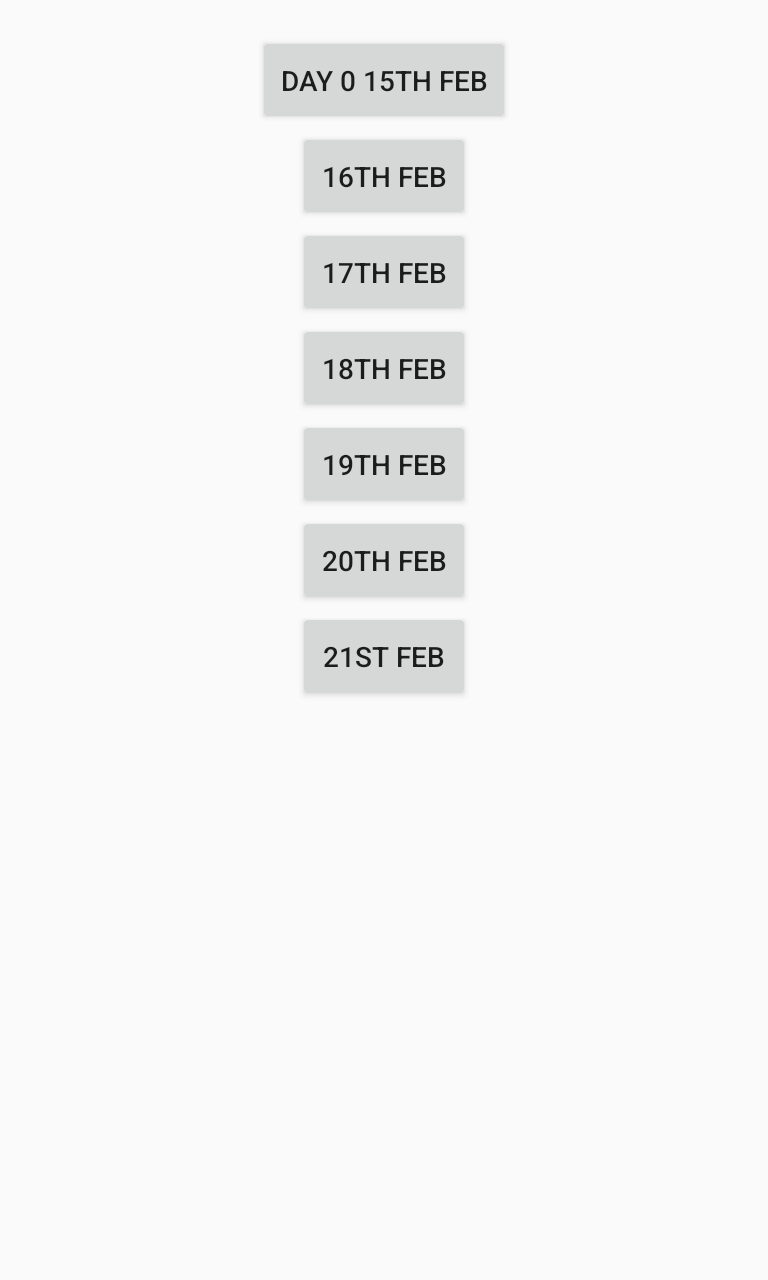
Repository: Attaphon1996/Engineering-Stuff
Layout: OSource/Android Play/Android_Projects/YASH15.0/res/layout/activity_main.xml
The author's editor kept a copy of each file at every save. The layout is drawn from the files as they stood at one save, then again after the next save.
It is drawn on a 768 x 1280 px phone screen (xhdpi) without system bars, with theme AppTheme; the app's code is not run.

Above is the layout before, as saved 2015-02-08 04:47:25.

### OSource/Android Play/Android_Projects/YASH15.0/res/layout/activity_main.xml
<LinearLayout xmlns:android="http://schemas.android.com/apk/res/android"
    xmlns:tools="http://schemas.android.com/tools"
    android:layout_width="match_parent"
    android:layout_height="match_parent"
    android:paddingBottom="@dimen/activity_vertical_margin"
    android:paddingLeft="@dimen/activity_horizontal_margin"
    android:paddingRight="@dimen/activity_horizontal_margin"
    android:paddingTop="@dimen/activity_vertical_margin"
    tools:context="com.mundheyrohan.yash15.MainActivity"
    android:orientation="vertical"
    >

    <Button
        android:id="@+id/day0"
        android:layout_width="wrap_content"
        android:layout_height="wrap_content"
        android:text="@string/day0"

        android:layout_gravity="center" />
    <Button
        android:id="@+id/day1"
        android:layout_width="wrap_content"
        android:layout_height="wrap_content"
        android:text="@string/day1"
        android:layout_gravity="center" />
    <Button
        android:id="@+id/day2"
        android:layout_width="wrap_content"
        android:layout_height="wrap_content"
        android:text="@string/day2"
        android:layout_gravity="center" />
    <Button
        android:id="@+id/day3"
        android:layout_width="wrap_content"
        android:layout_height="wrap_content"
        android:text="@string/day3"
        android:layout_gravity="center" />
    <Button
        android:id="@+id/day4"
        android:layout_width="wrap_content"
        android:layout_height="wrap_content"
        android:text="@string/day4"
        android:layout_gravity="center" />
    <Button
        android:id="@+id/day5"
        android:layout_width="wrap_content"
        android:layout_height="wrap_content"
        android:text="@string/day5"
        android:layout_gravity="center" />
    <Button
        android:id="@+id/day6"
        android:layout_width="wrap_content"
        android:layout_height="wrap_content"
        android:text="@string/day6"
        android:layout_gravity="center" />

</LinearLayout>

### OSource/Android Play/Android_Projects/YASH15.0/res/values/strings.xml
<?xml version="1.0" encoding="utf-8"?>
<resources>

    <string name="app_name">YASH 15.0</string>
    <string name="hello_world">Hello world!</string>
    <string name="action_settings">Settings</string>
    <string name="day0">Day 0 <BR>15th Feb</BR></string>
    <string name="day1">16th Feb</string>
    <string name="day2">17th Feb</string>
    <string name="day3">18th Feb</string>
    <string name="day4">19th Feb</string>
    <string name="day5">20th Feb</string>
    <string name="day6">21st Feb</string>
    <string name="technical">Technical</string>
    <string name="cultural">Cultural</string>
    <string name="sports">Sports</string>


</resources>

Loaded but not shown: OSource/Android Play/Android_Projects/YASH15.0/res/values/styles.xml (common file); OSource/Android Play/Android_Projects/YASH15.0/res/values-v11/styles.xml (common file); OSource/Android Play/Android_Projects/YASH15.0/res/values-v14/styles.xml (common file); OSource/Android Play/Android_Projects/YASH15.0/res/values/dimens.xml (common file); OSource/Android Play/Android_Projects/YASH15.0/res/values-w820dp/dimens.xml (common file)

After the next save:
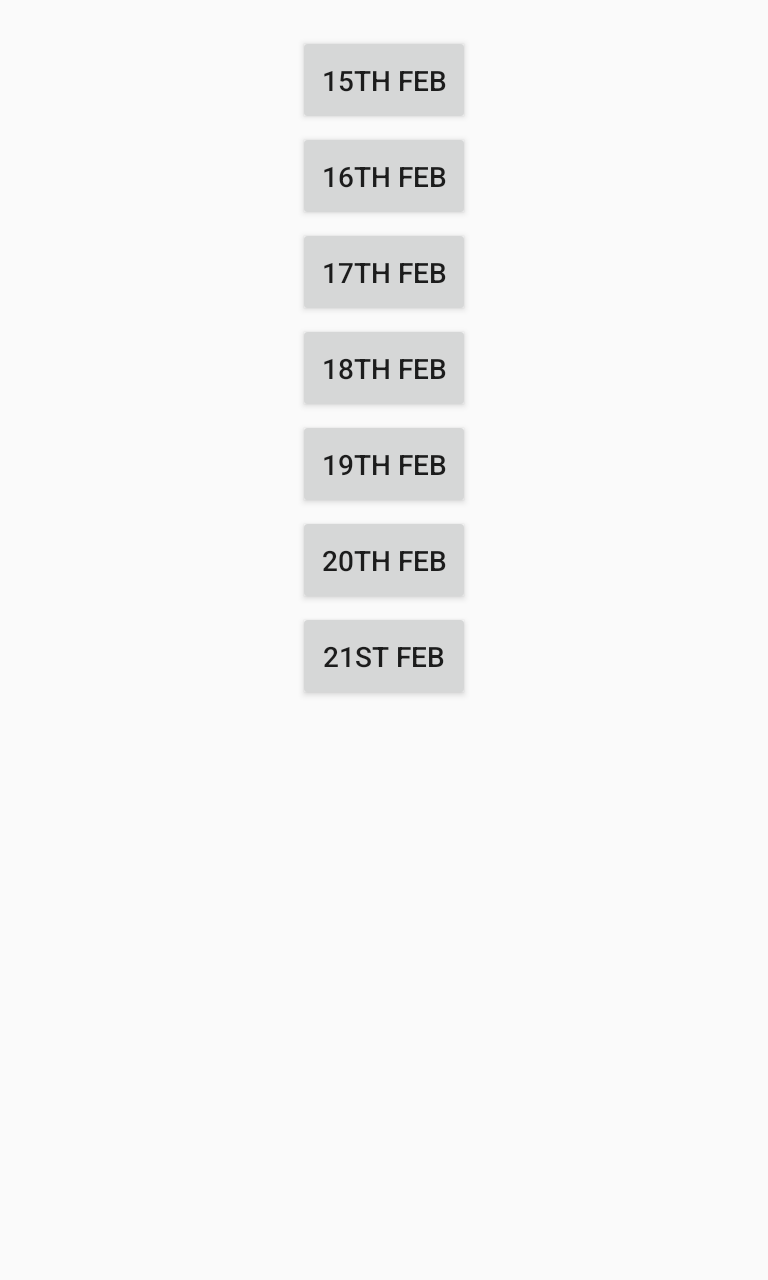
Saved 27 s later.
--- a/OSource/Android Play/Android_Projects/YASH15.0/res/values/strings.xml
+++ b/OSource/Android Play/Android_Projects/YASH15.0/res/values/strings.xml
@@ -4,7 +4,7 @@
     <string name="app_name">YASH 15.0</string>
     <string name="hello_world">Hello world!</string>
     <string name="action_settings">Settings</string>
-    <string name="day0">Day 0 <BR>15th Feb</BR></string>
+    <string name="day0">15TH Feb</string>
     <string name="day1">16th Feb</string>
     <string name="day2">17th Feb</string>
     <string name="day3">18th Feb</string>
